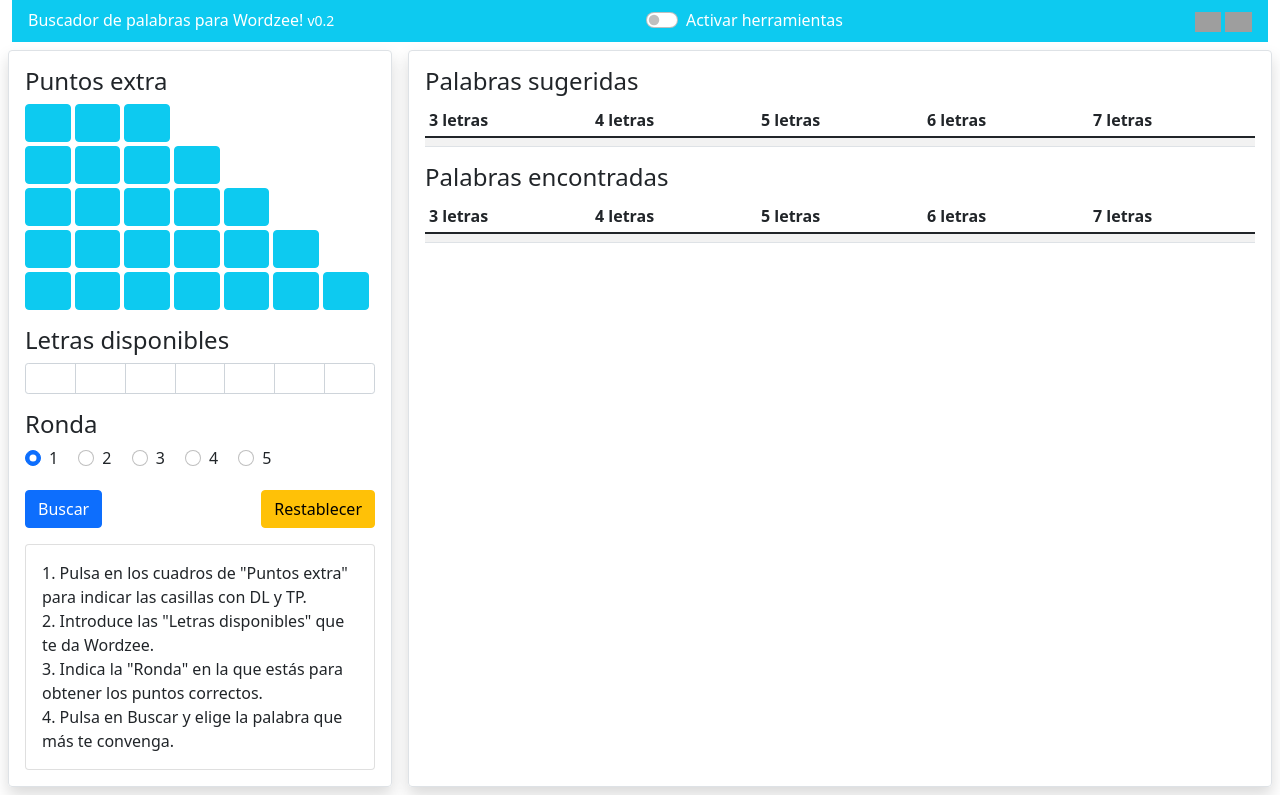
Repository: angelcafe/wordzee-bp_javascript
Page: index.html
These files come from the project's save history. The page is drawn as it stood at one moment and after the next save; the edit follows.
The browser window is 1280 px wide. The pictures show the whole page.
Pictures or frames that could not be fetched are drawn as grey boxes.

Above is the page before, as saved 2021-10-23 17:14:59.
Console error: TypeError: Cannot set properties of null (setting 'value')

After the next save:
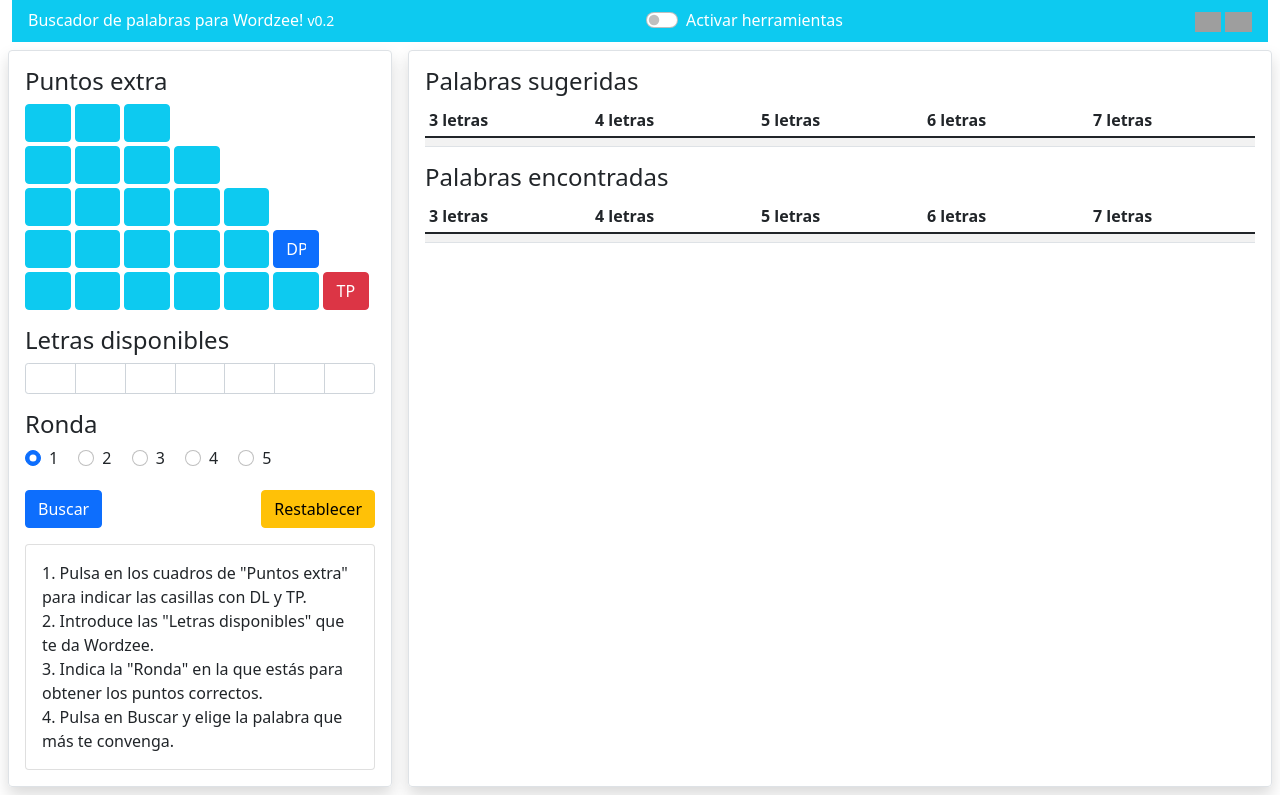
Console error (its wording comes from the project's code and is left out).
Saved 111 s later.
--- a/index.js
+++ b/index.js
@@ -174,8 +174,8 @@ function cambiarValorBotones(e) {
 }
 
 function inicio() {
-    document.querySelector("#pal6let6[value='']").value = "DP";
-    document.querySelector("#pal7let7[value='']").value = "TP";
+    document.getElementsByName("pal6let6")[0].value = "DP";
+    document.getElementsByName("pal7let7")[0].value = "TP";
     for (let x = 3; x < 8; x++) {
         for (let y = 1; y < (x + 1); y++) {
             document.getElementsByName("pal" + x + "let" + y)[0].addEventListener("click", cambiarValorBotones);
